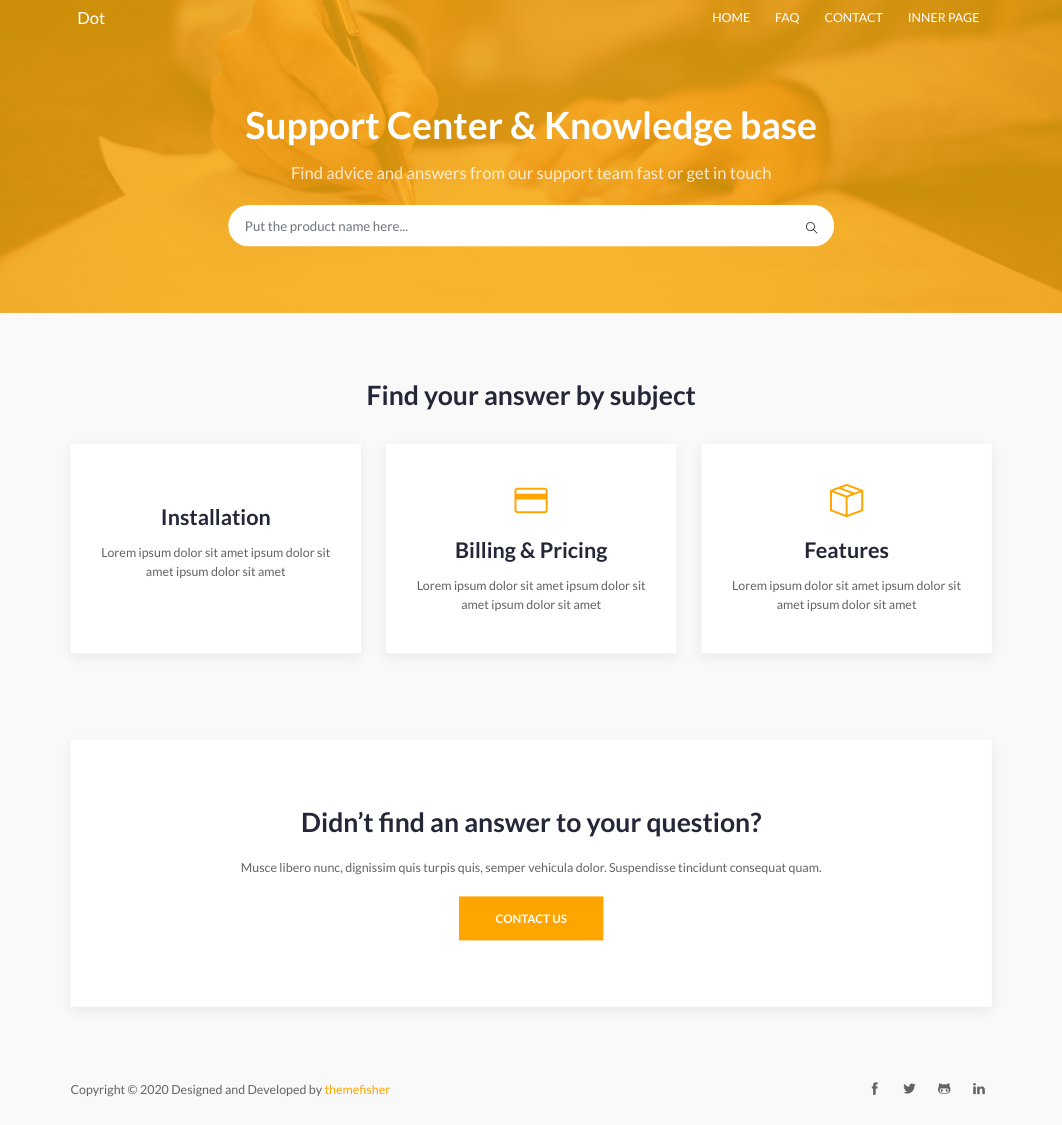
Repository: AlexThyCoolest/ReviewReader
Page: http://localhost/
The author's editor kept a copy of each file at every save. The page is drawn from the files as they stood at one save, then again after the next save.
The browser window is 1280 px wide. The pictures show the whole page, at 83% of full size.
The page is served by the project's application, run on Flask 3 (main.py).

Above is the page before, as saved 2024-07-23 11:06:49.

### OYT/templates/index.html
<!DOCTYPE html>
<html lang="en-us">

<head>
    <meta charset="utf-8">
    <title>Dot</title>
    <meta name="viewport" content="width=device-width, initial-scale=1, maximum-scale=1">

    <!-- theme meta -->
    <meta name="theme-name" content="dot" />

    <!-- ** CSS Plugins Needed for the Project ** -->

    <!-- Bootstrap -->
    <link rel="stylesheet" href="static/plugins/bootstrap/bootstrap.min.css">
    <!-- themefy-icon -->
    <link rel="stylesheet" href="static/plugins/themify-icons/themify-icons.css">
    <!--Favicon-->
    <link rel="icon" href="images/favicon.png" type="image/x-icon">
    <!-- fonts -->
    <link href="https://fonts.googleapis.com/css?family=Lato:300,400,700&display=swap" rel="stylesheet">
    <!-- Main Stylesheet -->
    <link href="static/assets/style.css" rel="stylesheet" media="screen" />
    <style>
        :root {
            --primary-color: #FFA500;
            /* Yellow-Orange */
        }

        .btn-primary,
        .bg-primary {
            background-color: var(--primary-color) !important;
            border-color: var(--primary-color) !important;
        }

        .text-primary {
            color: var(--primary-color) !important;
        }
    </style>
</head>
</head>

<body>
    <!-- header -->
    <header class="banner overlay bg-cover" data-background="images/banner.jpg">
        <nav class="navbar navbar-expand-md navbar-dark">
            <div class="container">
                <a class="navbar-brand px-2" href="index.html">Dot</a>
                <button class="navbar-toggler border-0" type="button" data-toggle="collapse" data-target="#navigation"
                    aria-controls="navigation" aria-expanded="false" aria-label="Toggle navigation">
                    <span class="navbar-toggler-icon"></span>
                </button>

                <div class="collapse navbar-collapse text-center" id="navigation">
                    <ul class="navbar-nav ml-auto">
                        <li class="nav-item">
                            <a class="nav-link text-dark" href="index.html">Home</a>
                        </li>
                        <li class="nav-item">
                            <a class="nav-link text-dark" href="faq.html">Faq</a>
                        </li>
                        <li class="nav-item">
                            <a class="nav-link text-dark" href="contact.html">contact</a>
                        </li>
                        <li class="nav-item">
                            <a class="nav-link text-dark" href="single.html">Inner Page</a>
                        </li>
                    </ul>
                </div>
            </div>
        </nav>
        <!-- banner -->
        <div class="container section">
            <div class="row">
                <div class="col-lg-8 text-center mx-auto">
                    <h1 class="text-white mb-3">Support Center &amp; Knowledge base</h1>
                    <p class="text-white mb-4">Find advice and answers from our support team fast or get in touch</p>
                    <div class="position-relative">
                        <form action="/loading" method="post">
                            <input id="product_name" name="product_name" type="text" class="form-control"
                                placeholder="Put the product name here...">
                            <button type="submit" class="search-icon p-0" style="background:white; border:none;"><i
                                    class="ti-search"></i></button>
                        </form>
                    </div>
                </div>
            </div>
        </div>
        <!-- /banner -->
    </header>
    <!-- /header -->

    <!-- topics -->
    <section class="section">
        <div class="container">
            <div class="row justify-content-center">
                <div class="col-12 text-center">
                    <h2 class="section-title">Find your answer by subject</h2>
                </div>
                <!-- topic-item -->
                <div class="col-lg-4 col-sm-6 mb-4">
                    <div class="px-4 py-5 bg-white shadow text-center d-block match-height">
                        <i class="bi bi-cart icon text-primary d-block mb-4"></i>
                        <h3 class="mb-3 mt-0">Installation</h3>
                        <p class="mb-0">Lorem ipsum dolor sit amet ipsum dolor sit amet ipsum dolor sit amet</p>
                    </div>
                </div>
                <div class="col-lg-4 col-sm-6 mb-4">
                    <div class="px-4 py-5 bg-white shadow text-center d-block match-height">
                        <i class="ti-credit-card icon text-primary d-block mb-4"></i>
                        <h3 class="mb-3 mt-0">Billing &amp; Pricing</h3>
                        <p class="mb-0">Lorem ipsum dolor sit amet ipsum dolor sit amet ipsum dolor sit amet</p>
                    </div>
                </div>
                <div class="col-lg-4 col-sm-6 mb-4">
                    <div class="px-4 py-5 bg-white shadow text-center d-block match-height">
                        <i class="ti-package icon text-primary d-block mb-4"></i>
                        <h3 class="mb-3 mt-0">Features</h3>
                        <p class="mb-0">Lorem ipsum dolor sit amet ipsum dolor sit amet ipsum dolor sit amet</p>
                    </div>
                </div>
            </div>
        </div>
    </section>
    <!-- /topics -->

    <!-- call to action -->
    <section>
        <div class="container">
            <div class="row">
                <div class="col-12">
                    <div class="section px-3 bg-white shadow text-center">
                        <h2 class="mb-4">Didn&rsquo;t find an answer to your question?</h2>
                        <p class="mb-4">Musce libero nunc, dignissim quis turpis quis, semper vehicula dolor.
                            Suspendisse tincidunt
                            consequat quam.</p>
                        <a href="contact.html" class="btn btn-primary">contact us</a>
                    </div>
                </div>
            </div>
        </div>
    </section>
    <!-- /call to action -->

    <!-- footer -->
    <footer class="section pb-4">
        <div class="container">
            <div class="row align-items-center">
                <div class="col-md-8 text-md-left text-center">
                    <p class="mb-md-0 mb-4">Copyright © 2020 Designed and Developed by <a
                            href="https://themefisher.com/">themefisher</a></p>
                </div>
                <div class="col-md-4 text-md-right text-center">
                    <ul class="list-inline">
                        <li class="list-inline-item"><a class="text-color d-inline-block p-2" href="#"><i
                                    class="ti-facebook"></i></a></li>
                        <li class="list-inline-item"><a class="text-color d-inline-block p-2" href="#"><i
                                    class="ti-twitter-alt"></i></a></li>
                        <li class="list-inline-item"><a class="text-color d-inline-block p-2" href="#"><i
                                    class="ti-github"></i></a>
                        </li>
                        <li class="list-inline-item"><a class="text-color d-inline-block p-2" href="#"><i
                                    class="ti-linkedin"></i></a></li>
                    </ul>
                </div>
            </div>
        </div>
    </footer>
    <!-- /footer -->

    <!-- ** JS Plugins Needed for the Project ** -->
    <!-- jquiry -->
    <script src="static/plugins/jquery/jquery-1.12.4.js"></script>
    <!-- Bootstrap JS -->
    <script src="static/plugins/bootstrap/bootstrap.min.js"></script>
    <!-- match-height JS -->
    <script src="static/plugins/match-height/jquery.matchHeight-min.js"></script>
    <!-- Main Script -->
    <script src="assets/script.js"></script>
</body>

</html>

Loaded but not shown: OYT/static/plugins/bootstrap/bootstrap.min.css (library); OYT/static/plugins/themify-icons/themify-icons.css (library); OYT/static/plugins/jquery/jquery-1.12.4.js (library); OYT/static/plugins/bootstrap/bootstrap.min.js (library); OYT/static/plugins/match-height/jquery.matchHeight-min.js (library); OYT/static/assets/script.js (26 lines, source omitted); OYT/main.py (279 lines, source omitted); OYT/static/assets/style.css (879 lines, source omitted)

After the next save:
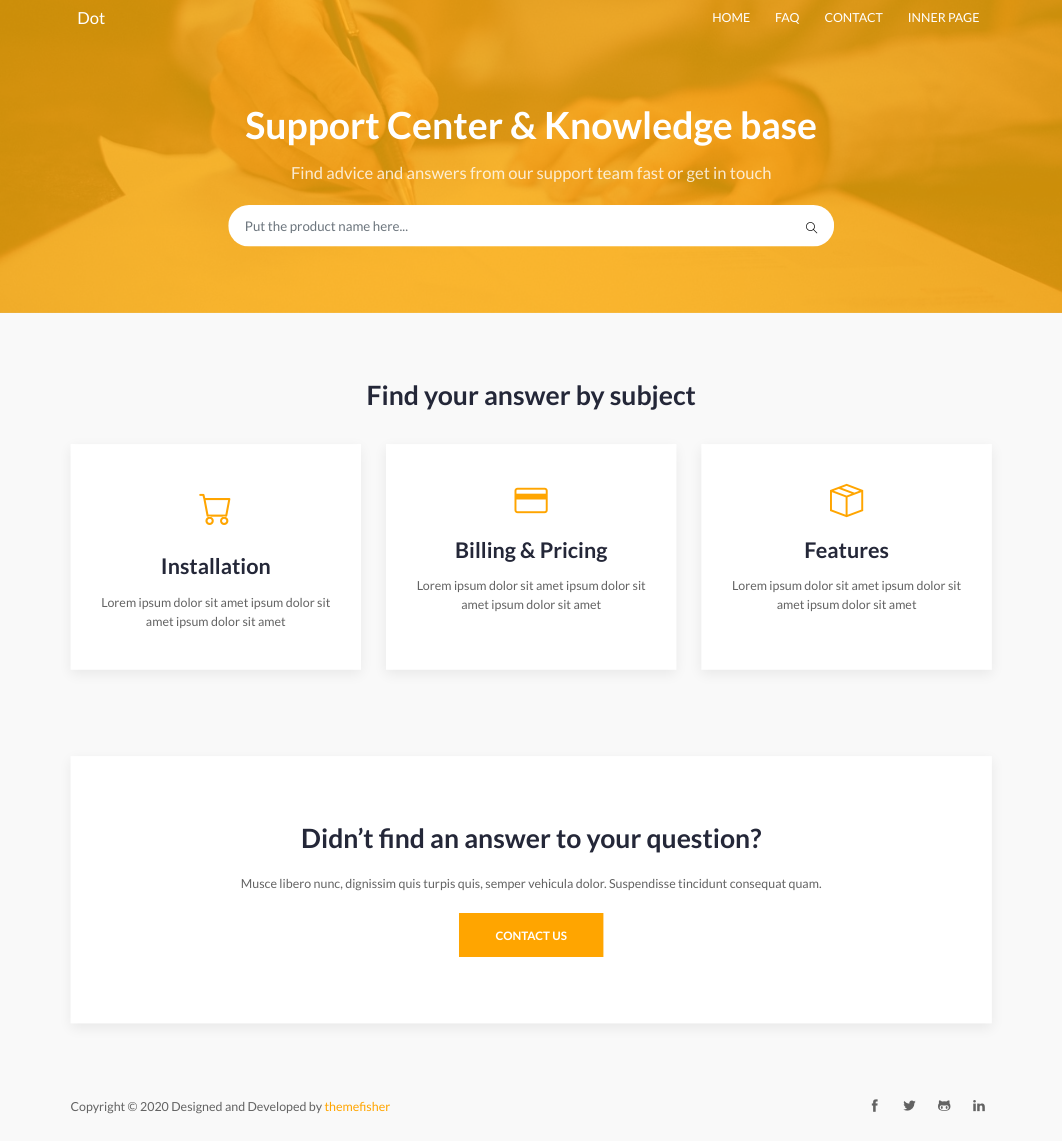
Saved 16 s later.
--- a/OYT/templates/index.html
+++ b/OYT/templates/index.html
@@ -19,6 +19,8 @@
     <link rel="icon" href="images/favicon.png" type="image/x-icon">
     <!-- fonts -->
     <link href="https://fonts.googleapis.com/css?family=Lato:300,400,700&display=swap" rel="stylesheet">
+
+    <link rel="stylesheet" href="https://cdn.jsdelivr.net/npm/bootstrap-icons@1.11.3/font/bootstrap-icons.min.css">
     <!-- Main Stylesheet -->
     <link href="static/assets/style.css" rel="stylesheet" media="screen" />
     <style>

After the save that followed:
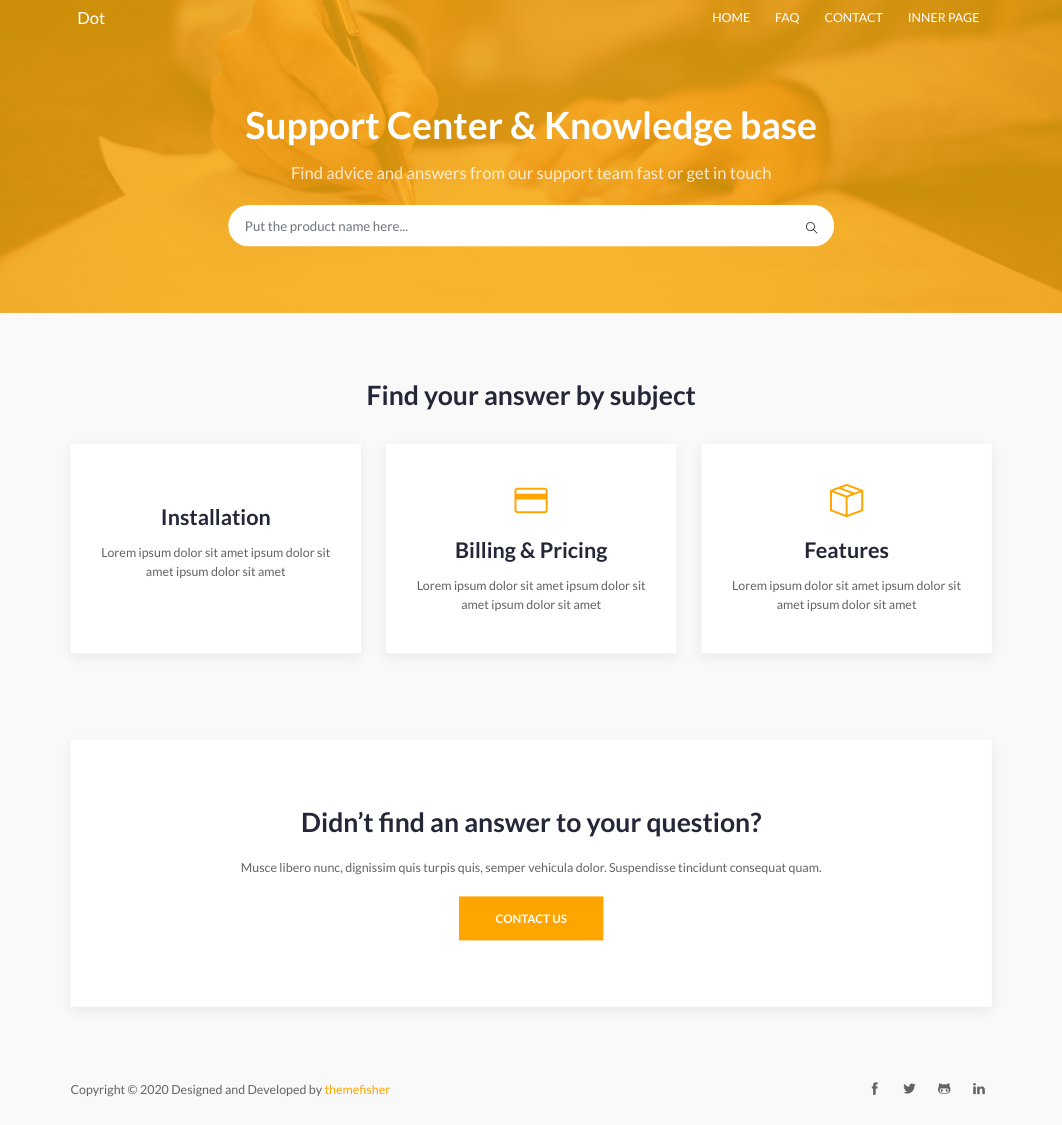
Saved 34 s later.
--- a/OYT/templates/index.html
+++ b/OYT/templates/index.html
@@ -102,7 +102,7 @@
                 <!-- topic-item -->
                 <div class="col-lg-4 col-sm-6 mb-4">
                     <div class="px-4 py-5 bg-white shadow text-center d-block match-height">
-                        <i class="bi bi-cart icon text-primary d-block mb-4"></i>
+                        <i class="ti ti-cart icon text-primary d-block mb-4"></i>
                         <h3 class="mb-3 mt-0">Installation</h3>
                         <p class="mb-0">Lorem ipsum dolor sit amet ipsum dolor sit amet ipsum dolor sit amet</p>
                     </div>
